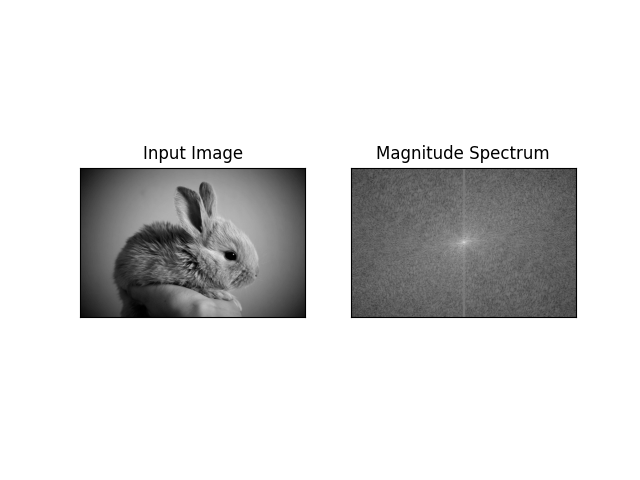
Repository: Yuer-yuan/CV
Script's output: python lab1-hybrid-image/gui/fft.py
The author's editor kept a copy of each file at every save. The script's output is drawn from the files as they stood at one save, then again after the next save.
Random numbers start from a fixed seed. It also reads lab1-hybrid-image/gui/res/bunny1.png, lab1-hybrid-image/gui/res/squirrel1.png.

Above is the script's output before, as saved 2023-03-25 19:10:35.

### lab1-hybrid-image/gui/fft.py
import cv2
import numpy as np
from matplotlib import pyplot as plt

pairs = [
    ('res/squirrel1.png', 'res/bunny1.png'),
    ('res/cat.jpg', 'res/dog.jpg'),
    ('res/donkey1.png', 'res/zebra1.png'),
]
pair_idx = 0

ksize1, sigma1, ksize2, sigma2 = 39, 11, 21, 5


if __name__ == '__main__':
    img1 = cv2.imread(pairs[pair_idx][0], 0)
    img2 = cv2.imread(pairs[pair_idx][1], 0)



img1 = cv2.imread(pairs[0][0], 0)

img = cv2.imread('res/bunny1.png', 0)
fft = np.fft.fft2(img)
fftshift = np.fft.fftshift(fft)

magnitude_spectrum = 20*np.log(np.abs(fftshift))

plt.subplot(121),plt.imshow(img, cmap = 'gray')
plt.title('Input Image'), plt.xticks([]), plt.yticks([])
plt.subplot(122),plt.imshow(magnitude_spectrum, cmap = 'gray')
plt.title('Magnitude Spectrum'), plt.xticks([]), plt.yticks([])
plt.show()

After the next save:
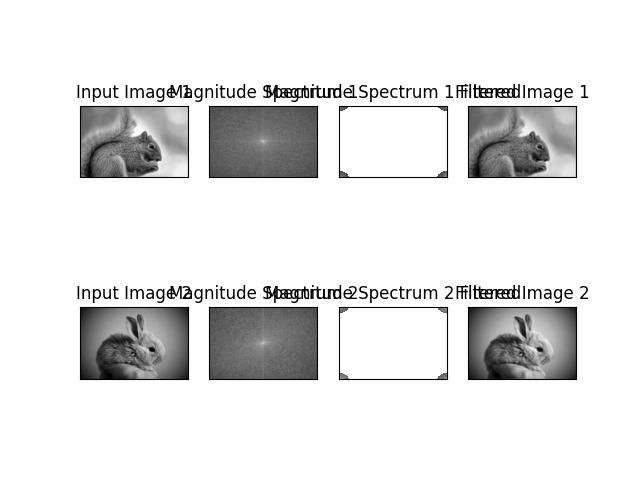
Saved 6 min 38 s later.
--- a/lab1-hybrid-image/gui/fft.py
+++ b/lab1-hybrid-image/gui/fft.py
@@ -12,22 +12,80 @@ pair_idx = 0
 ksize1, sigma1, ksize2, sigma2 = 39, 11, 21, 5
 
 
+def ideal_lowpass_filter(shape, cutoff):
+    """Create an ideal lowpass filter.
+
+    Args:
+        shape (tuple): Shape of the filter.
+        cutoff (float): Cutoff frequency.
+
+    Returns:
+        np.ndarray: The ideal lowpass filter.
+    """
+
+    # Create a meshgrid with coordinates ranging from -0.5 to 0.5 in both
+    # dimensions.
+    x = np.linspace(-0.5, 0.5, shape[1])
+    y = np.linspace(-0.5, 0.5, shape[0])
+    x, y = np.meshgrid(x, y)
+
+    # Compute the euclidean distance from the origin of each pixel.
+    d = np.sqrt(x**2 + y**2)
+
+    # Create the filter.
+    filter = np.ones(shape)
+    filter[d > cutoff] = 0
+    return filter
+
+
 if __name__ == '__main__':
     img1 = cv2.imread(pairs[pair_idx][0], 0)
     img2 = cv2.imread(pairs[pair_idx][1], 0)
 
+    # Compute the FFT of the images.
+    fft1 = np.fft.fft2(img1)
+    fft2 = np.fft.fft2(img2)
 
+    # Shift the zero-frequency component to the center of the spectrum.
+    fftshift1 = np.fft.fftshift(fft1)
+    fftshift2 = np.fft.fftshift(fft2)
 
-img1 = cv2.imread(pairs[0][0], 0)
+    # Compute the magnitude spectrum of the images.
+    magnitude_spectrum1 = 20*np.log(np.abs(fftshift1))
+    magnitude_spectrum2 = 20*np.log(np.abs(fftshift2))
 
-img = cv2.imread('res/bunny1.png', 0)
-fft = np.fft.fft2(img)
-fftshift = np.fft.fftshift(fft)
+    # Create the ideal lowpass filter.
+    filter = ideal_lowpass_filter(img1.shape, 0.1)
 
-magnitude_spectrum = 20*np.log(np.abs(fftshift))
+    # Apply the filter to the FFTs.
+    fftshift1_filtered = fftshift1 * filter
+    fftshift2_filtered = fftshift2 * filter
 
-plt.subplot(121),plt.imshow(img, cmap = 'gray')
-plt.title('Input Image'), plt.xticks([]), plt.yticks([])
-plt.subplot(122),plt.imshow(magnitude_spectrum, cmap = 'gray')
-plt.title('Magnitude Spectrum'), plt.xticks([]), plt.yticks([])
-plt.show()
+    # Compute the inverse FFTs.
+    ifftshift1 = np.fft.ifftshift(fftshift1_filtered)
+    ifftshift2 = np.fft.ifftshift(fftshift2_filtered)
+    ifft1 = np.fft.ifft2(ifftshift1)
+    ifft2 = np.fft.ifft2(ifftshift2)
+
+    # Compute the magnitude spectrum of the filtered images.
+    magnitude_spectrum1_filtered = 20*np.log(np.abs(ifftshift1))
+    magnitude_spectrum2_filtered = 20*np.log(np.abs(ifftshift2))
+
+    # Plot the results.
+    plt.subplot(241),plt.imshow(img1, cmap = 'gray')
+    plt.title('Input Image 1'), plt.xticks([]), plt.yticks([])
+    plt.subplot(242),plt.imshow(magnitude_spectrum1, cmap = 'gray')
+    plt.title('Magnitude Spectrum 1'), plt.xticks([]), plt.yticks([])
+    plt.subplot(243),plt.imshow(magnitude_spectrum1_filtered, cmap = 'gray')
+    plt.title('Magnitude Spectrum 1 Filtered'), plt.xticks([]), plt.yticks([])
+    plt.subplot(244),plt.imshow(np.abs(ifft1), cmap = 'gray')
+    plt.title('Filtered Image 1'), plt.xticks([]), plt.yticks([])
+    plt.subplot(245),plt.imshow(img2, cmap = 'gray')
+    plt.title('Input Image 2'), plt.xticks([]), plt.yticks([])
+    plt.subplot(246),plt.imshow(magnitude_spectrum2, cmap = 'gray')
+    plt.title('Magnitude Spectrum 2'), plt.xticks([]), plt.yticks([])
+    plt.subplot(247),plt.imshow(magnitude_spectrum2_filtered, cmap = 'gray')
+    plt.title('Magnitude Spectrum 2 Filtered'), plt.xticks([]), plt.yticks([])
+    plt.subplot(248),plt.imshow(np.abs(ifft2), cmap = 'gray')
+    plt.title('Filtered Image 2'), plt.xticks([]), plt.yticks([])
+    plt.show()
